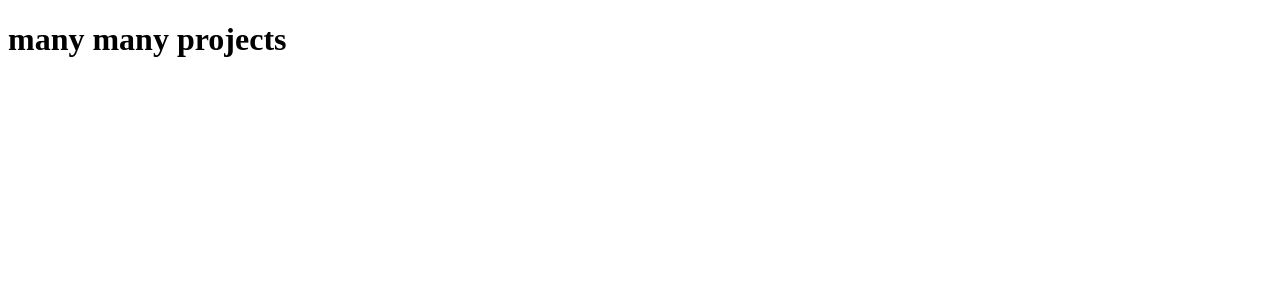
Repository: MERakram/dev_search
Page: testProject/templates/projects.html
These files come from the project's save history. The page is drawn as it stood at one moment and after the next save; the edit follows.
The browser window is 1280 px wide. The pictures show the whole page.

Above is the page before, as saved 2022-07-07 15:51:56.

### testProject/templates/projects.html
<!DOCTYPE html>
<html lang="en">
  <head>
    <meta charset="UTF-8" />
    <meta http-equiv="X-UA-Compatible" content="IE=edge" />
    <meta name="viewport" content="width=device-width, initial-scale=1.0" />
    <title>Document</title>
  </head>
  <body>
    <h1>many many projects</h1>
  </body>
</html>

After the next save:
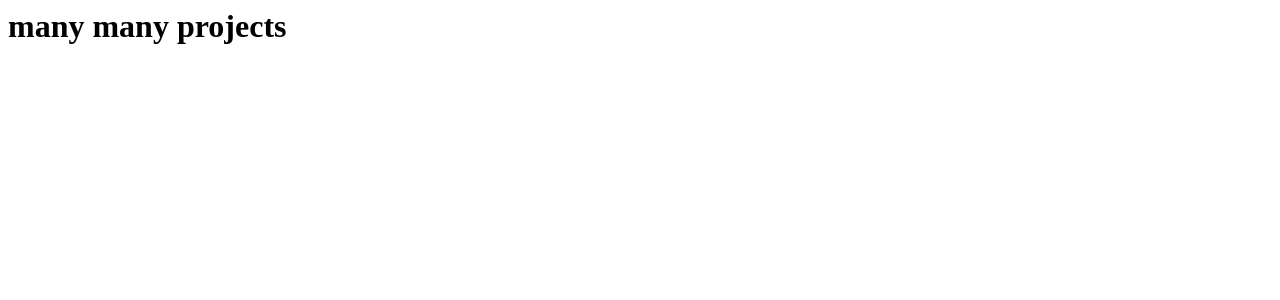
Saved 1 s later.
--- a/testProject/templates/projects.html
+++ b/testProject/templates/projects.html
@@ -1,12 +1 @@
-<!DOCTYPE html>
-<html lang="en">
-  <head>
-    <meta charset="UTF-8" />
-    <meta http-equiv="X-UA-Compatible" content="IE=edge" />
-    <meta name="viewport" content="width=device-width, initial-scale=1.0" />
-    <title>Document</title>
-  </head>
-  <body>
-    <h1>many many projects</h1>
-  </body>
-</html>
+<h1>many many projects</h1>
